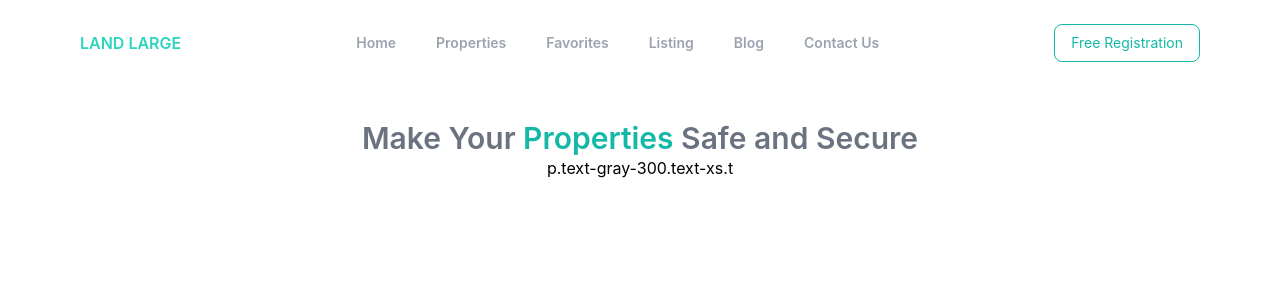
Repository: MuniruIssah/realestate
Page: /
The author's editor kept a copy of each file at every save. The page is drawn from the files as they stood at one save, then again after a run of saves.
The browser window is 1280 px wide. The pictures show the whole page.
The project was rebuilt for these pictures with package versions that can differ from the ones it lists, and the page was loaded fresh each time. Also part of the build but not shown: src/App.css.

Above is the page before, as saved 2022-02-19 21:47:04.

### src/App.js
import logo from './logo.svg';
import './App.css';
import Header from './components/Header';
import Jumbotron from './components/Jumbotron';

function App() {
  return (
    <div className="">
      <Header/>
      <Jumbotron/>
    </div>
  );
}

export default App;

### src/components/Header.js
import React from "react";
const links = [
  "Home",
  "Properties",
  "Favorites",
  "Listing",
  "Blog",
  "Contact Us",
];
const Header = () => {
  return (
    <div className="flex justify-between items-center px-3 lg:px-20 py-6">
      <span className="uppercase text-teal-400  font-semibold">land large</span>
      <div className="hidden lg:flex space-x-10 items-center">
        {links.map((link, index) => (
          <LinkItem key={index} name={link} />
        ))}
      </div>
      <button className="text-teal-500 border border-teal-500 rounded rounded-lg py-2 px-4 text-sm">
          Free Registration
      </button>
    </div>
  );
};

export default Header;

const LinkItem = ({ name }) => {
  return (
    <a href="#" className="text-gray-400 hover:text-teal-500 font-semibold text-sm">
      {name}
    </a>
  );
};

### src/components/Jumbotron.js
import React from "react";

const Jumbotron = () => {
  return (
    <div className="h-32 flex flex-col justify-center items-center space-y-3 w-full">
      <span className="lg:text-3xl text-gray-500 text-center font-semibold">
        Make Your <span className="text-teal-500">Properties</span> Safe and
        Secure
      </span>
      p.text-gray-300.text-xs.t
    </div>
  );
};

export default Jumbotron;

Loaded but not shown: public/index.html (common file); src/index.js (common file); src/index.css (common file); src/reportWebVitals.js (common file); tailwind.config.js (common file)

After the next 3 saves:
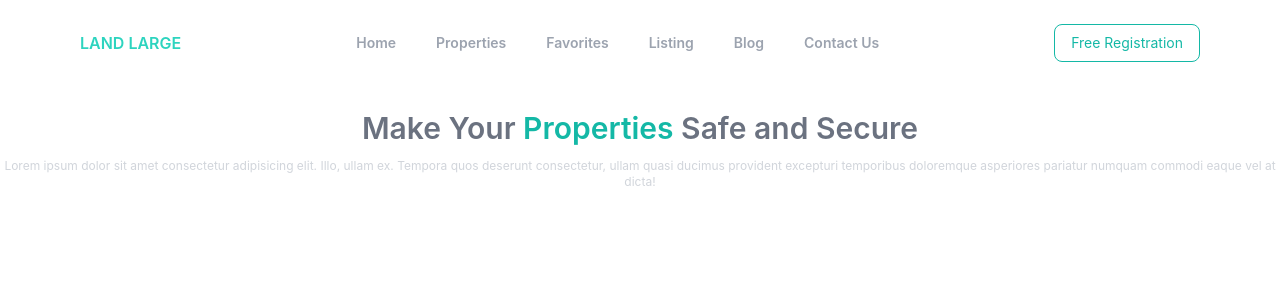
The 3 saves are shown as one change because they came seconds apart.
The last was saved 10 s later.
--- a/src/components/Jumbotron.js
+++ b/src/components/Jumbotron.js
@@ -7,7 +7,9 @@ const Jumbotron = () => {
         Make Your <span className="text-teal-500">Properties</span> Safe and
         Secure
       </span>
-      p.text-gray-300.text-xs.t
+      <p className="text-gray-300 text-xs text-center">
+          Lorem ipsum dolor sit amet consectetur adipisicing elit. Illo, ullam ex. Tempora quos deserunt consectetur, ullam quasi ducimus provident excepturi temporibus doloremque asperiores pariatur numquam commodi eaque vel at dicta!
+      </p>
     </div>
   );
 };
